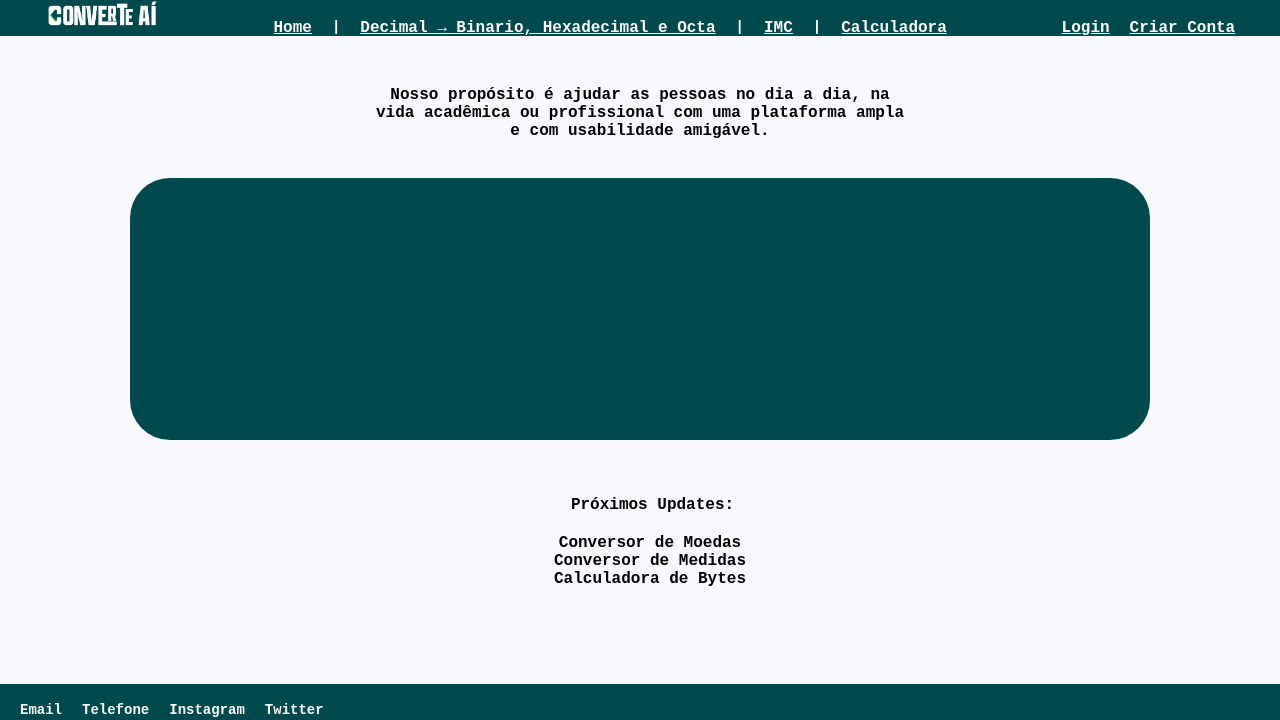
Repository: Frav1u/converteai
Page: ConverteAi/src/main/webapp/home.html
These files come from the project's save history. The page is drawn as it stood at one moment and after the next save; the edit follows.
The browser window is 1280 px wide. The pictures show the whole page.
Some web fonts or font styles are not loaded; a fallback is used.

Above is the page before, as saved 2023-10-04 03:19:27.

### ConverteAi/src/main/webapp/home.html
<!DOCTYPE html>
<html>
<head>
<meta charset="UTF-8">
<title>Converte aí</title>
<link href="https://fonts.googleapis.com/css2?family=Inter:wght@400;700&family=Space+Mono:wght@400;700&display=swap"
        rel="stylesheet">
    <link rel="stylesheet" href="stylehome2.css">
    <link href='https://unpkg.com/boxicons@2.1.4/css/boxicons.min.css' rel='stylesheet'>
    <link rel="icon" href="icone-removebg-preview.png">
</head>
<body>
	<header>
        <a href="home.html"><img class="img" src="logo.png"></a>

		<nav>
			<ul class="menu">
				<li><a href="home.html">Home</a></li>
				<li>  |  </li>
				<li><a href="decimalParaBinario.html">Decimal → Binario, Hexadecimal e Octa</a></li>
				<li>  |  </li>
				<li><a href="imc.html">IMC</a></li>
				<li>  |  </li>
				<li><a href="calculadora.html">Calculadora</a></li>
			</ul>
		</nav>
		<ul class="conta">
            <li><a href="login.html" style="color: white;">Login</a></li>
			<li><a href="cadastro.html">Criar Conta</a></li>
		</ul>
	</header>
	<main>
		<h1 class="proposito">Nosso propósito é ajudar as pessoas no dia a dia, na vida acadêmica ou profissional com uma plataforma ampla e com usabilidade amigável.</h1><br>
			<section class="gif">
			<img  src="Composicao_1.gif">
			</section><br><br>
		<h2> Próximos Updates: </h2>
	<ul class="updates">
			<li><p  style="color:black">Conversor de Moedas</p></li>
			<li><p style="color:black">Conversor de Medidas</p></li>
			<li><p style="color:black">Calculadora de Bytes</p></li>
		</ul>

	</main>
	<footer>
		<ul class="contatos">
			<li>Email</li>
			<li>Telefone</li>
			<li>Instagram</li>
			<li>Twitter</li>
		</ul>

	</footer>
</body>

</html>

### ConverteAi/src/main/webapp/stylehome2.css

* {
    margin: 0;
    padding: 0;
    box-sizing: border-box;
    font-family: 'Apotek Bold', monospace;
    font-weight: 600;
    font-size: 16px;
    outline: none;
	color: white;
}

body{
	background-color:  ghostwhite
}

li{
	font-size: 14px;
	margin-left: 20px;
}

header{
	background-color: hsl(183, 100%, 15%);
	color: white;
	height: 5vh;
    color: inherit;
    display: flex;
    display: flex;
    justify-content: center;
    align-items: center;
    justify-content: space-evenly;
}

.contatos{
	display: flex;
	list-style: none;
}

.proposito{
	color: rgb(0, 0, 0);
	width: 55ch;
	margin: 20px auto;
}


.logo{
	color: white;
}
.menu{
	color: white;
	display: flex;
	margin-top: 20px;
	margin-left: 50px;
	list-style: none;

}

.conta{
	color: white;
	display: flex;
	margin-top: 20px;
	margin-left: 50px;
	list-style: none;
}

.menu a {
	color: white;
	font-size: 16px;

}



nav{
	display: flex;
	justify-content: center;
	align-items: center;
}


main{
	height: 90vh;
	text-align: center;
	padding-top: 30px;
}

.updates{
	margin: 20px auto;
	list-style: none;
}

.img{
	width: 114px;
}

footer{
	background-color: hsl(183, 100%, 15%);
	color: white;
	height: 5vh;
    padding-top: 18px;
}

.gif{
	background-color: hsl(183, 100%, 15%);
	width: 1020px;
	margin: auto;
	border-radius: 40px;
}

h2{
	padding-top: 20px;
	margin-left: 25px;
	color: black;
}

After the next save:
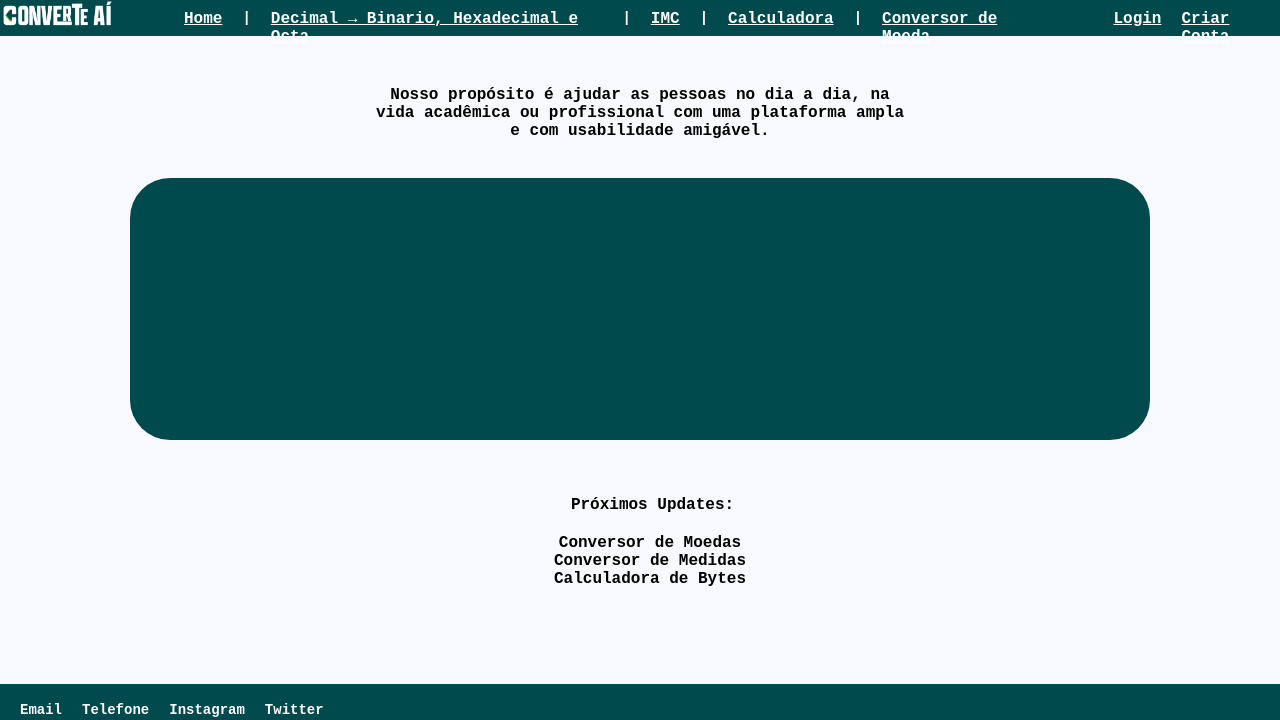
Saved 24 min 54 s later.
--- a/ConverteAi/src/main/webapp/home.html
+++ b/ConverteAi/src/main/webapp/home.html
@@ -22,6 +22,8 @@
 				<li><a href="imc.html">IMC</a></li>
 				<li>  |  </li>
 				<li><a href="calculadora.html">Calculadora</a></li>
+				<li>  |  </li>
+				<li><a href="calculadora.html">Conversor de Moeda</a></li>
 			</ul>
 		</nav>
 		<ul class="conta">
